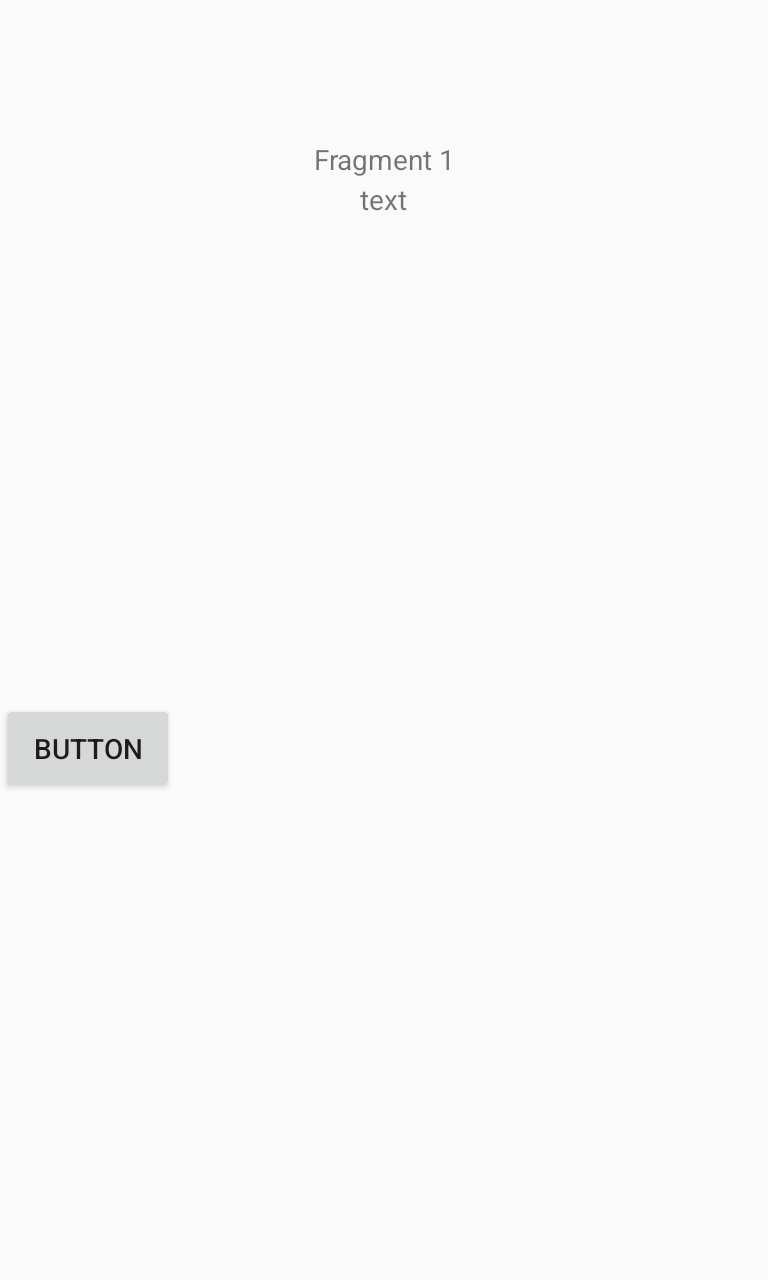
Repository: JottaReyes/BootcampsGlobant
Layout: BootcampsGlobant/res/layout/activity_fragment_1.xml
The author's editor kept a copy of each file at every save. The layout is drawn from the files as they stood at one save, then again after the next save.
It is drawn on a 768 x 1280 px phone screen (xhdpi) without system bars, with theme AppTheme; the app's code is not run.

Above is the layout before, as saved 2014-06-19 15:01:41.

### BootcampsGlobant/res/layout/activity_fragment_1.xml
<FrameLayout xmlns:android="http://schemas.android.com/apk/res/android"
    xmlns:tools="http://schemas.android.com/tools"
    android:id="@+id/container"
    android:layout_width="match_parent"
    android:layout_height="match_parent"
    tools:context="com.globant.bootcampsglobant.Fragment_1"
    tools:ignore="MergeRootFrame" >

    <TextView
        android:layout_width="wrap_content"
        android:layout_height="wrap_content"
        android:layout_gravity="center_horizontal"
        android:layout_marginTop="70dp"
        android:gravity="center"
        android:text="@string/text_view_fragment_1" />

    <TextView
        android:layout_width="wrap_content"
        android:layout_height="wrap_content"
        android:layout_gravity="center_horizontal"
        android:layout_marginTop="90dp"
        android:gravity="center"
        android:id="@+id/fragment1_text"
        android:text="text" />


    <ProgressBar
        android:id="@+id/progressBarHorizontal"
        style="?android:attr/progressBarStyleHorizontal"
        android:layout_width="158dp"
        android:layout_height="wrap_content"
        android:layout_gravity="center_horizontal"
        android:layout_marginTop="100dp"
        android:visibility="invisible" />

    <Button
        android:id="@+id/button1"
        android:layout_width="wrap_content"
        android:layout_height="wrap_content"
        android:layout_marginTop="350dp"
        android:text="Button" />

</FrameLayout>

### BootcampsGlobant/res/values/strings.xml
<?xml version="1.0" encoding="utf-8"?>
<resources>

    <string name="app_name">BootcampsGlobant</string>
    <string name="hello_world">Hello world!</string>
    <string name="action_settings">Settings</string>
    <string name="action_update">Update</string>
    <string name="drawer_open">Open Drawer</string>
    <string name="drawer_close">Close Drawer</string>
    <string name="text_loading">Loading</string>
    <string name="text_loaded">Loaded!!</string>

    <string-array name="Items">
        <item>Item 1</item>
        <item>Item 2</item>
        <item>Item 3</item>
        <item>Item 4</item>
    </string-array>

    <string name="title_activity_fragment_1">Fragment 1</string>
    <string name="text_view_fragment_1">Fragment 1</string>

    <string name="title_activity_fragment_2">Fragment 2</string>
    <string name="text_view_fragment_2">Fragment 2</string>

    <string name="title_activity_fragment_3">Fragment 3</string>
    <string name="text_view_fragment_3">Fragment 3</string>

    <string name="title_activity_fragment_4">Fragment 4</string>
    <string name="text_view_fragment_4">Fragment 4</string>

</resources>

Loaded but not shown: BootcampsGlobant/res/values/styles.xml (common file); BootcampsGlobant/res/values-v11/styles.xml (common file); BootcampsGlobant/res/values-v14/styles.xml (common file)

After the next save:
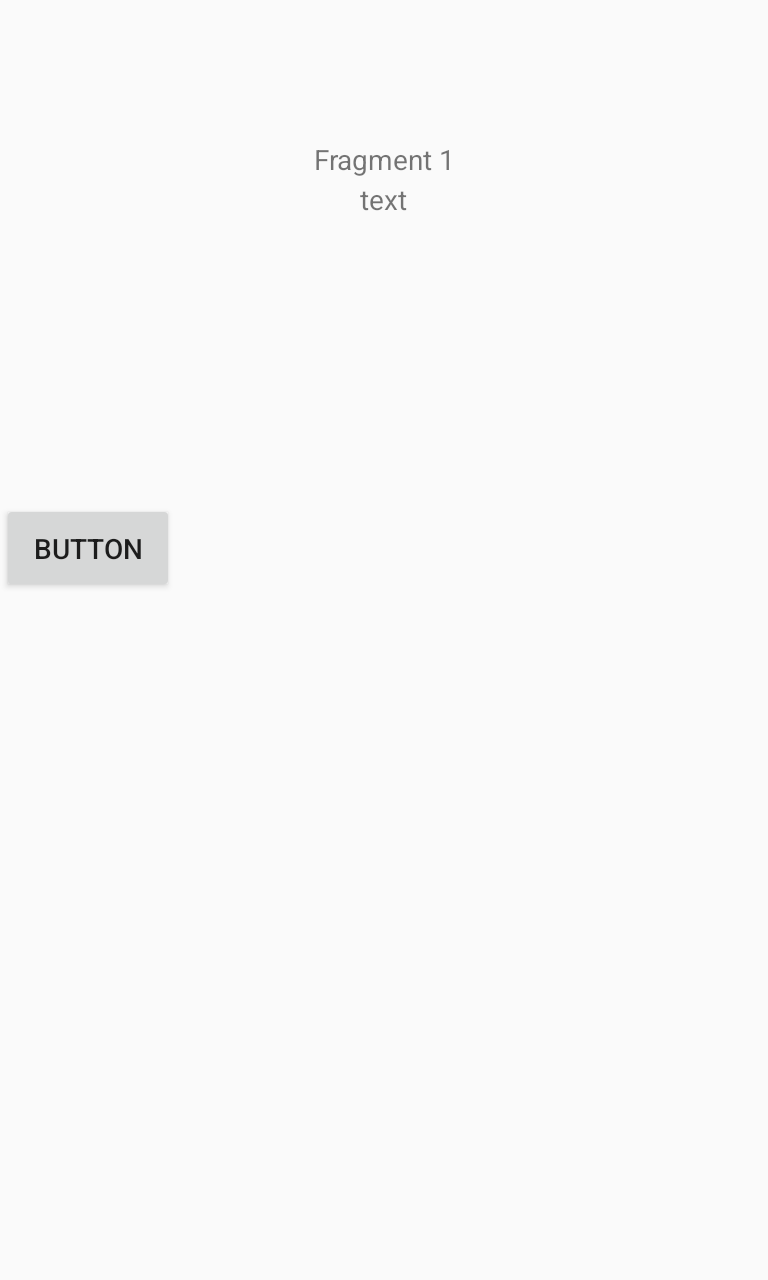
Saved 9 s later.
--- a/BootcampsGlobant/res/layout/activity_fragment_1.xml
+++ b/BootcampsGlobant/res/layout/activity_fragment_1.xml
@@ -37,7 +37,7 @@
         android:id="@+id/button1"
         android:layout_width="wrap_content"
         android:layout_height="wrap_content"
-        android:layout_marginTop="350dp"
+        android:layout_marginTop="250dp"
         android:text="Button" />
 
 </FrameLayout>
